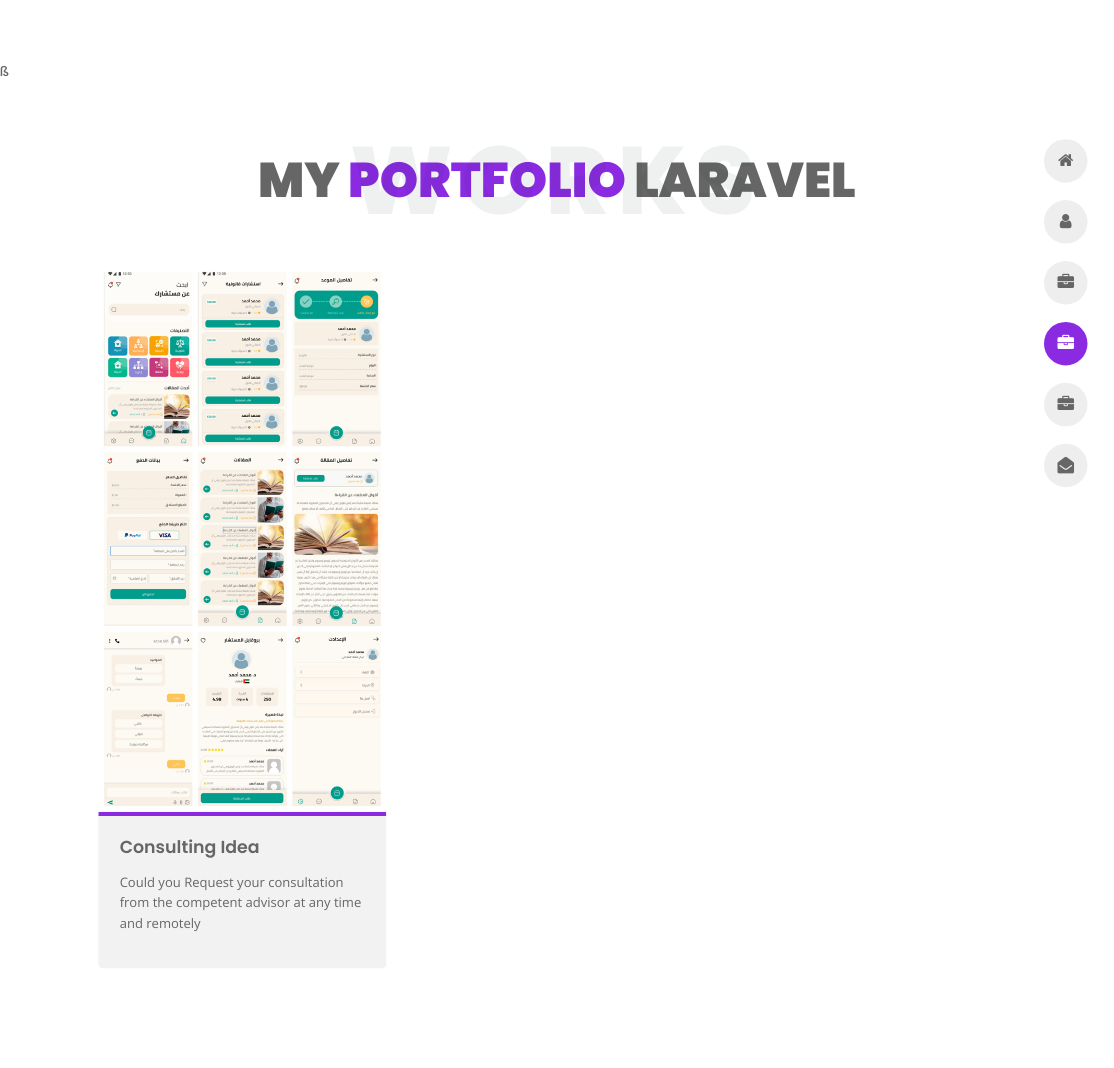
Repository: mhamdimno/mywebsite
Page: portfolioLaravel.html
These files come from the project's save history. The page is drawn as it stood at one moment and after the next save; the edit follows.
The browser window is 1280 px wide. The pictures show the whole page, at 87% of full size.

Above is the page before, as saved 2023-06-03 15:25:30.

After the next save:
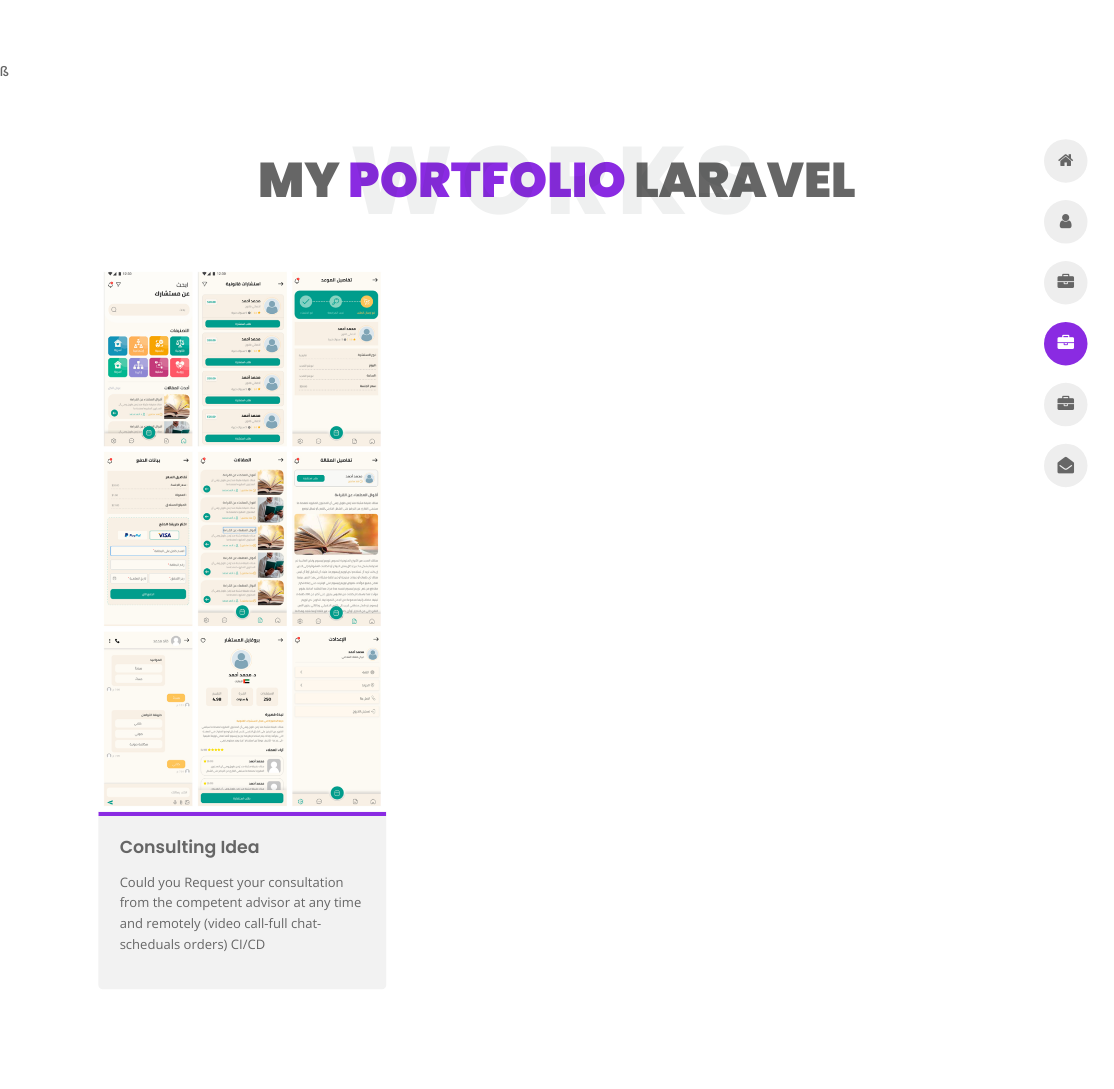
Saved 16 s later.
--- a/portfolioLaravel.html
+++ b/portfolioLaravel.html
@@ -130,7 +130,8 @@
                 <p>Could you
                     Request your consultation
                     from the competent advisor
-                    at any time and remotely</p>
+                    at any time and remotely
+                    (video call-full chat-scheduals orders) CI/CD</p>
             </p>
             </div>
         </div>
